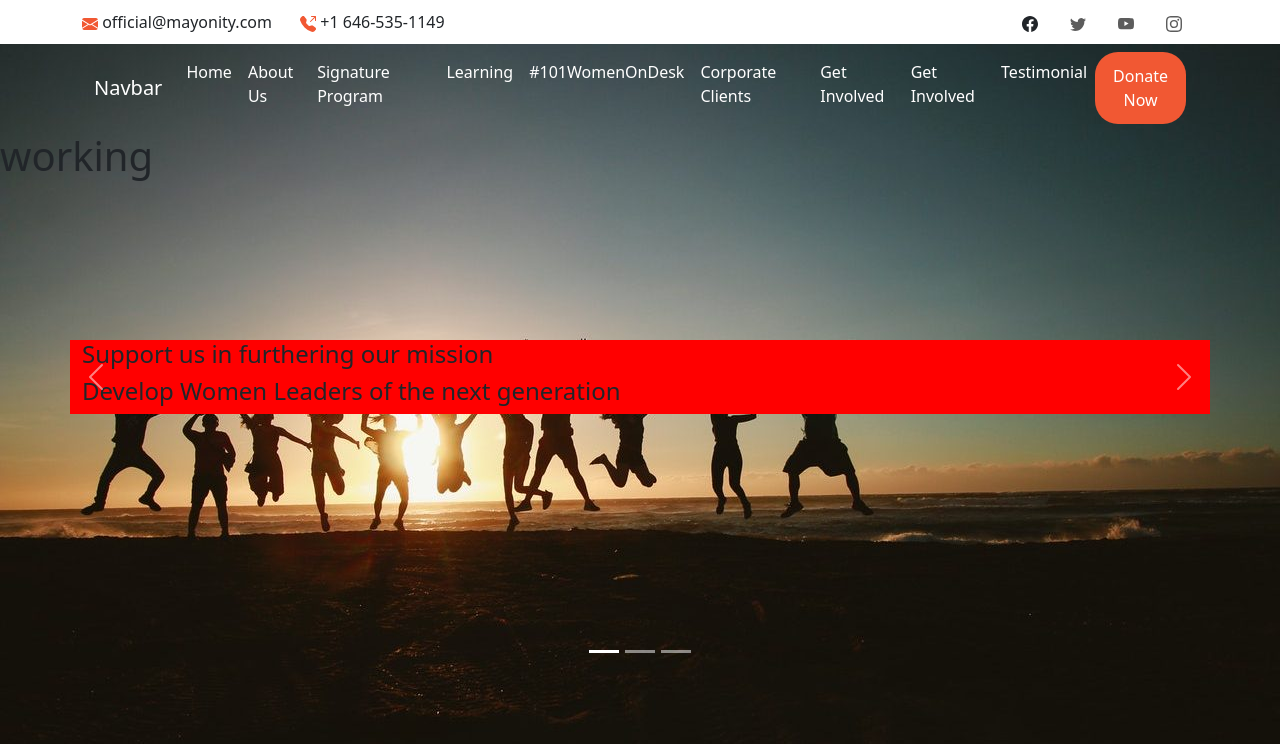
Repository: rizwan-zafar/wings
Page: /
These files come from the project's save history. The page is drawn as it stood at one moment and after the next save; the edit follows.
The browser window is 1280 px wide. The pictures show the whole page.
The project was rebuilt for these pictures with package versions that can differ from the ones it lists, and the page was loaded fresh each time.

Above is the page before, as saved 2022-11-26 22:26:45.

### public/index.html
<!DOCTYPE html>
<html lang="en">
  <head>
    <meta charset="utf-8" />
    <link rel="icon" href="%PUBLIC_URL%/favicon.ico" />
    <meta name="viewport" content="width=device-width, initial-scale=1" />
    <meta name="theme-color" content="#000000" />
    <meta
      name="description"
      content="Web site created using create-react-app"
    />
    <link rel="apple-touch-icon" href="%PUBLIC_URL%/logo192.png" />
    <!--
      manifest.json provides metadata used when your web app is installed on a
      user's mobile device or desktop. See https://developers.google.com/web/fundamentals/web-app-manifest/
    -->
    <link rel="manifest" href="%PUBLIC_URL%/manifest.json" />
    <!--
      Notice the use of %PUBLIC_URL% in the tags above.
      It will be replaced with the URL of the `public` folder during the build.
      Only files inside the `public` folder can be referenced from the HTML.

      Unlike "/favicon.ico" or "favicon.ico", "%PUBLIC_URL%/favicon.ico" will
      work correctly both with client-side routing and a non-root public URL.
      Learn how to configure a non-root public URL by running `npm run build`.
    -->
    <title>Wings</title>
  </head>
  <body>
    <noscript>You need to enable JavaScript to run this app.</noscript>
    <div id="root"></div>
    <!--
      This HTML file is a template.
      If you open it directly in the browser, you will see an empty page.

      You can add webfonts, meta tags, or analytics to this file.
      The build step will place the bundled scripts into the <body> tag.

      To begin the development, run `npm start` or `yarn start`.
      To create a production bundle, use `npm run build` or `yarn build`.
    -->
  </body>
</html>

### src/index.js
import React from 'react';
import ReactDOM from 'react-dom/client';
import './index.css';
import App from './App';
import "../node_modules/bootstrap/dist/css/bootstrap.min.css"
import "../node_modules/bootstrap/dist/js/bootstrap.min.js"

const root = ReactDOM.createRoot(document.getElementById('root'));
root.render(
  <React.StrictMode>
    <App />
  </React.StrictMode>
);

// If you want to start measuring performance in your app, pass a function
// to log results (for example: reportWebVitals(console.log))
// or send to an analytics endpoint. Learn more: https://bit.ly/CRA-vitals

### src/index.css
html {
  margin: 0;
  padding: 0;
  font-family: -apple-system, BlinkMacSystemFont, 'Segoe UI', 'Roboto', 'Oxygen',
    'Ubuntu', 'Cantarell', 'Fira Sans', 'Droid Sans', 'Helvetica Neue',
    sans-serif;
  -webkit-font-smoothing: antialiased;
  -moz-osx-font-smoothing: grayscale;
}
.icons{
  color:#f15833 ;
}
.social-icons{
  color:#000000a3
}

### src/App.js
import Home from "./Pages/Home"
function App() {
  return (

    <>
      <Home />
    </>

  );
}

export default App;

### src/Pages/Home.js
import React from 'react'
import TopNavbar from "../Components/Topnavbar"
// import Navbar from "../Components/Navbar"
import Slider from "../Components/Slider"
export default function Home() {
    return (
        <div>
            <TopNavbar />
            {/* <Navbar /> */}
            <Slider />
        </div>
    )
}

### src/Components/Topnavbar.js
import React from 'react'
import "../Css/Topnav.css"
import { EnvelopeFill, TelephoneOutboundFill, Twitter, Youtube, Instagram, Facebook } from "react-bootstrap-icons"
export default function Topnavbar() {
    return (
        <div className="top-bar container d-flex justify-content-between">
            <div>
                <span> <EnvelopeFill className="icons" /> official@mayonity.com</span>
                <span className="set-padding p-4"> <TelephoneOutboundFill className="icons ml-3" /> +1 646-535-1149</span>
            </div>
            <div>
                <span className="p-3 social-icons-"><Facebook /></span>
                <span className="p-3 social-icons"><Twitter /></span>
                <span className="p-3 social-icons"><Youtube /></span>
                <span className="p-3 social-icons"><Instagram /></span>
            </div>
        </div>
    )
}

### src/Components/Slider.js
import React from 'react'
import "../Css/Slider.css"
import Navbar from "../Components/Navbar"
export default function Slider() {
    return (
        <div className="set-slider">
            <Navbar />
            <h1>working</h1>
            <div id="carouselExampleCaptions" className=" carousel slide" data-bs-ride="false">
                <div className="carousel-indicators">
                    <button type="button" data-bs-target="#carouselExampleCaptions" data-bs-slide-to="0" className="active" aria-current="true" aria-label="Slide 1"></button>
                    <button type="button" data-bs-target="#carouselExampleCaptions" data-bs-slide-to="1" aria-label="Slide 2"></button>
                    <button type="button" data-bs-target="#carouselExampleCaptions" data-bs-slide-to="2" aria-label="Slide 3"></button>
                </div>
                <div className="carousel-inner container">
                    <div className="carousel-item active">
                        {/* <img src="https://thumbs.dreamstime.com/b/happy-active-kids-group-six-boys-team-sitting-grass-balls-smiling-sunny-summer-day-33824066.jpg" className="d-block w-100" alt="..." /> */}
                        <div>
                            <h4>Support us in furthering our mission</h4>
                            <h4>Develop Women Leaders of the next generation</h4>
                        </div>
                    </div>
                </div>
                <div>
                    <button className="carousel-control-prev" type="button" data-bs-target="#carouselExampleCaptions" data-bs-slide="prev">
                        <span className="carousel-control-prev-icon" aria-hidden="true"></span>
                        <span className="visually-hidden">Previous</span>
                    </button>
                    <button className="carousel-control-next" type="button" data-bs-target="#carouselExampleCaptions" data-bs-slide="next">
                        <span className="carousel-control-next-icon" aria-hidden="true"></span>
                        <span className="visually-hidden">Next</span>
                    </button>
                </div>
            </div>
        </div>
    )
}

### src/Css/Topnav.css
.top-bar{
background-color: #fff;
padding: 10px;
}
.nav-container .btn
{
    background: #f15833;
    border-radius: 23px;
    color: white;
    padding: 11px;
    font-weight: 500;
}
 .nav-container nav ul li a
{
    color:  white;
}

### src/Css/Slider.css
.set-slider{
    background-image: url("/public/Images/header.jpg");
    background-size: cover;
    background-repeat: no-repeat;
    height: 700px;
}
.set-slider .carousel-indicators{
    top:300px
}
.set-slider .carousel-inner
{
    background: red;
    margin-top: 160px;
}

### src/Components/Navbar.js
import React from 'react'

export default function Navbar() {
    return (
        <div className="nav-container container">
        <nav className="navbar navbar-expand-lg navbar-dark">
  <div className="container-fluid">
    <a className="navbar-brand" href="/">Navbar</a>
    <button className="navbar-toggler" type="button" data-bs-toggle="collapse" data-bs-target="#navbarNav" aria-controls="navbarNav" aria-expanded="false" aria-label="Toggle navigation">
      <span className="navbar-toggler-icon"></span>
    </button>
    <div className="collapse navbar-collapse" id="navbarNav">
      <ul className="navbar-nav ms-auto">
        <li className="nav-item">
          <a className="nav-link active" aria-current="page" href="/">Home</a>
        </li>
        <li className="nav-item">
          <a className="nav-link" href="/">About Us</a>
        </li>
        <li className="nav-item">
          <a className="nav-link" href="/">Signature Program</a>
        </li>
        <li className="nav-item">
          <a className="nav-link" href="/">Learning</a>
        </li>
        <li className="nav-item">
          <a className="nav-link" href="/">#101WomenOnDesk</a>
        </li>
        <li className="nav-item">
          <a className="nav-link" href="/">Corporate Clients</a>
        </li>
        <li className="nav-item">
          <a className="nav-link" href="/">Get Involved</a>
        </li>
        <li className="nav-item">
          <a className="nav-link" href="/">Get Involved</a>
        </li>
        <li className="nav-item">
          <a className="nav-link" href="/">Testimonial</a>
        </li>
        <li className="nav-item">
          <a className="nav-link btn " href="/">Donate Now</a>
        </li>

      </ul>
    </div>
  </div>
</nav>
        </div>
    )
}

After the next save:
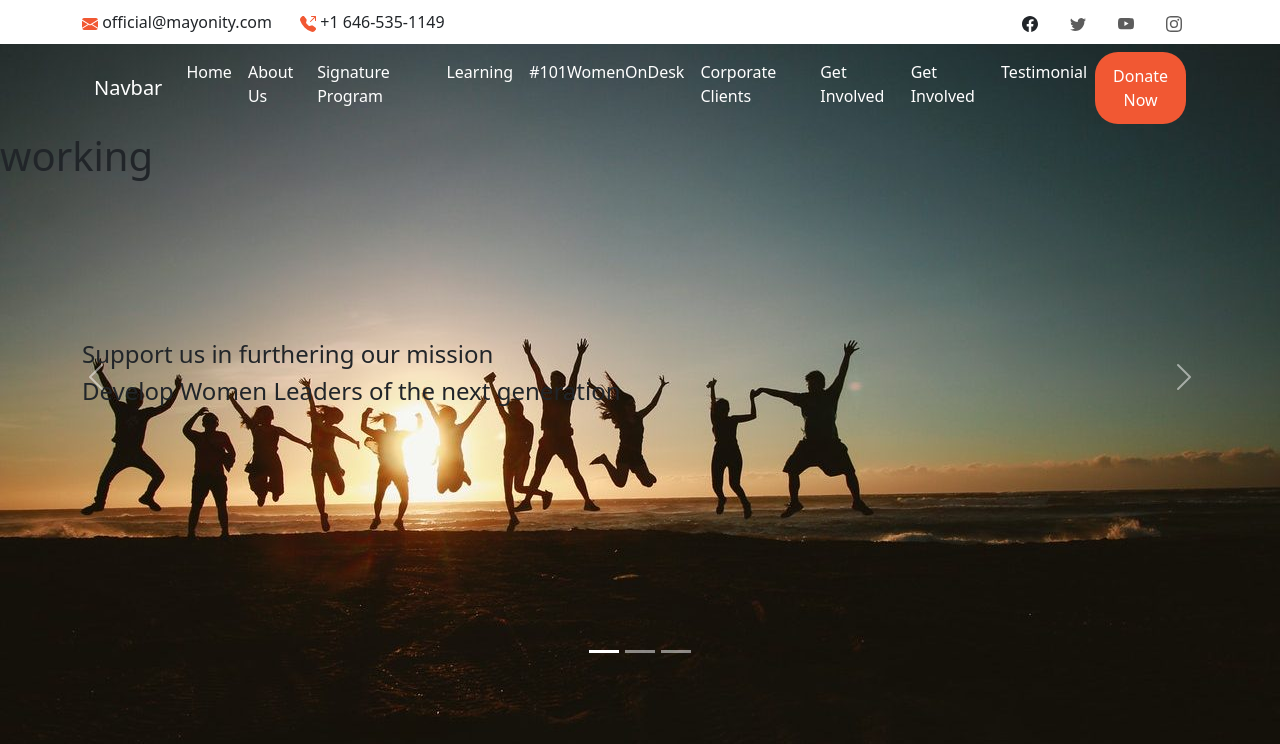
Saved 27 s later.
--- a/src/Css/Slider.css
+++ b/src/Css/Slider.css
@@ -9,6 +9,5 @@
 }
 .set-slider .carousel-inner
 {
-    background: red;
-    margin-top: 160px;
+     margin-top: 160px;
 }
